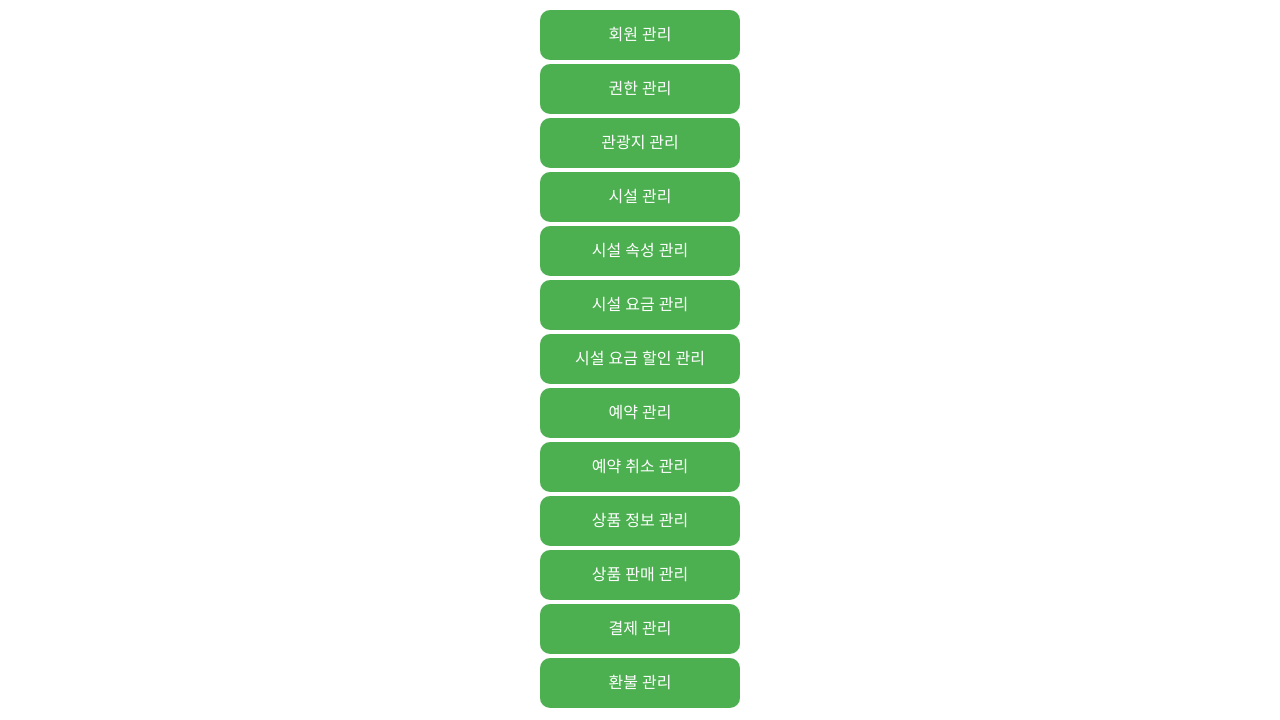
Repository: psyoongsc/SogongDo_Facility
Page: http://localhost/SogongDo_Management_System/
The author's editor kept a copy of each file at every save. The page is drawn from the files as they stood at one save, then again after the next save.
The browser window is 1280 px wide. The pictures show the whole page.
The page is served by Tomcat 9. Nobody is signed in. The application's start-up code is not run. Other server files are loaded and not shown.

Above is the page before, as saved 2020-06-25 14:41:46.

### SogongDo_Management_System/WebContent/index.jsp
<%@ page language="java" contentType="text/html; charset=UTF-8"
    pageEncoding="UTF-8"%>
<!DOCTYPE html>
<html>
<head>
<meta charset="EUC-KR">
<title>소공도 관리시스템</title>
<style>
a {
	text-decoration: none;
	text-align: center;
	background-color: #4CAF50;
	width: 200px;
	line-height: 50px;
	font-size: medium;
	display: inline-block;
	border-radius: 10px 10px;
	margin: 2px;
}

a:link {
	color: white;
}
a:visited {
	color: white;
}

.container {
	text-align: center;
}
</style>
</head>
<body>
	<div class="container">
		<a href="Member/view">회원 관리</a> <br>
		<a href="Authority/view">권한 관리</a> <br>
		<a href="TouristSite/view">관광지 관리</a> <br>
		<a href="Facility/view">시설 관리</a> <br>
		<a href="Facility/Attribute/view">시설 속성 관리</a> <br>
		<a href="Facility/Charge/view">시설 요금 관리</a> <br>
		<a href="Facility/Charge/discount/view">시설 요금 할인 관리</a> <br>
		<a href="Reservation/view">예약 관리</a> <br>
		<a href="Reservation/Cancel/view">예약 취소 관리</a> <br>
		<a href="Product/view">상품 정보 관리</a> <br>
		<a href="Product/Sell/view">상품 판매 관리</a> <br>
		<a href="Payment/view">결제 관리</a> <br>
		<a href="Refund/view">환불 관리</a> <br>
	</div>
</body>
</html>

After the next save:
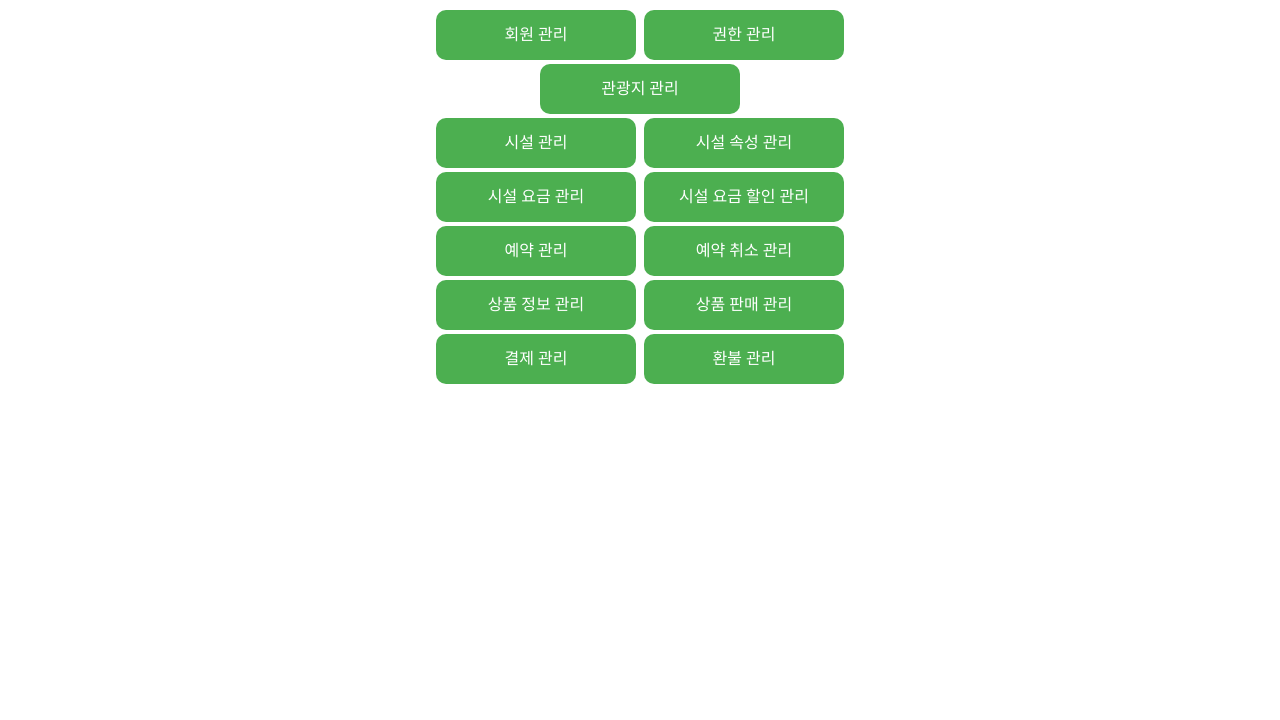
Saved 43 s later.
--- a/SogongDo_Management_System/WebContent/index.jsp
+++ b/SogongDo_Management_System/WebContent/index.jsp
@@ -32,18 +32,18 @@ a:visited {
 </head>
 <body>
 	<div class="container">
-		<a href="Member/view">회원 관리</a> <br>
+		<a href="Member/view">회원 관리</a>
 		<a href="Authority/view">권한 관리</a> <br>
 		<a href="TouristSite/view">관광지 관리</a> <br>
-		<a href="Facility/view">시설 관리</a> <br>
+		<a href="Facility/view">시설 관리</a>
 		<a href="Facility/Attribute/view">시설 속성 관리</a> <br>
-		<a href="Facility/Charge/view">시설 요금 관리</a> <br>
+		<a href="Facility/Charge/view">시설 요금 관리</a>
 		<a href="Facility/Charge/discount/view">시설 요금 할인 관리</a> <br>
-		<a href="Reservation/view">예약 관리</a> <br>
+		<a href="Reservation/view">예약 관리</a>
 		<a href="Reservation/Cancel/view">예약 취소 관리</a> <br>
-		<a href="Product/view">상품 정보 관리</a> <br>
+		<a href="Product/view">상품 정보 관리</a>
 		<a href="Product/Sell/view">상품 판매 관리</a> <br>
-		<a href="Payment/view">결제 관리</a> <br>
+		<a href="Payment/view">결제 관리</a>
 		<a href="Refund/view">환불 관리</a> <br>
 	</div>
 </body>
